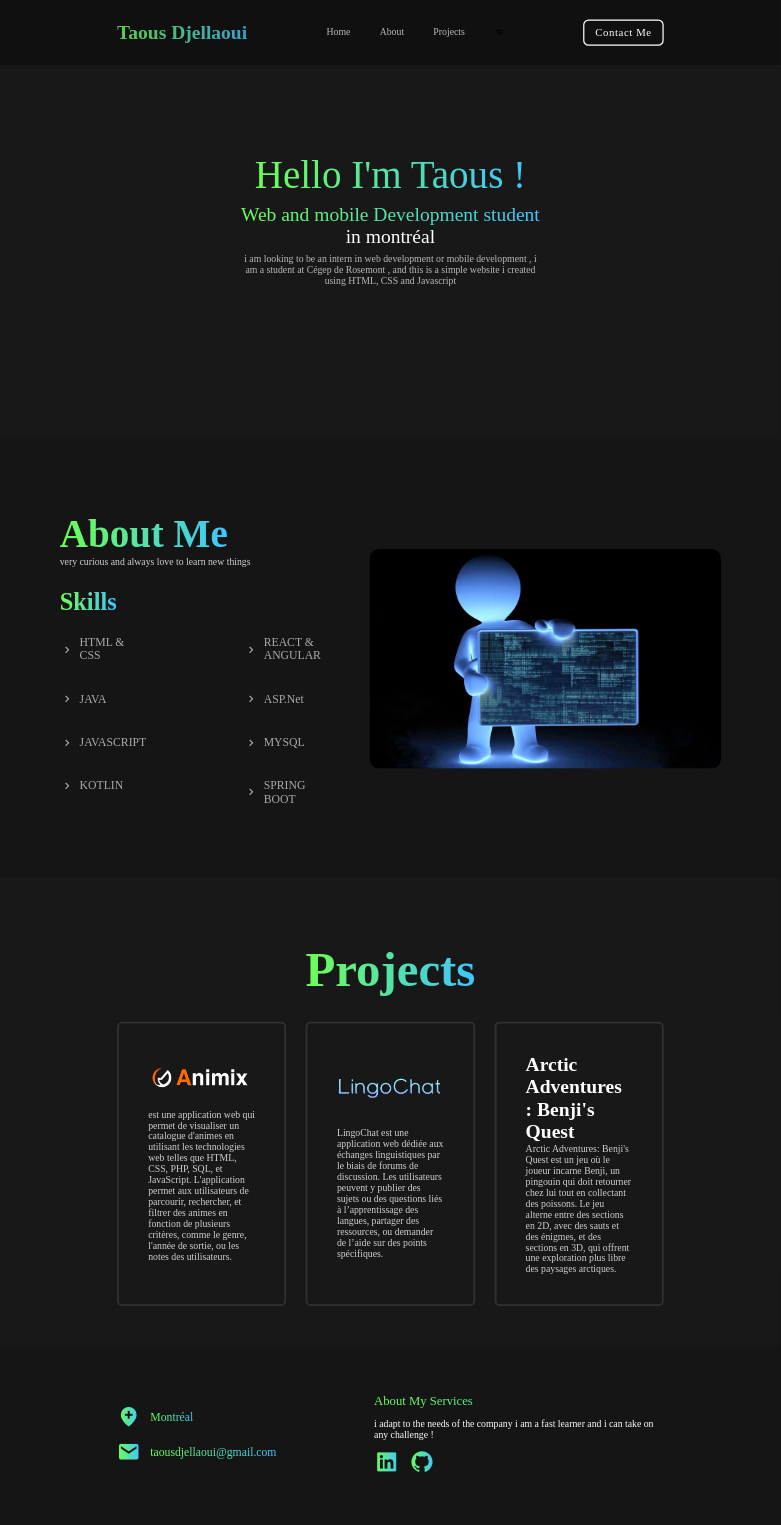
Repository: taousdjellaoui/portfolio-
Page: index.html
These files come from the project's save history. The page is drawn as it stood at one moment and after the next save; the edit follows.
The browser window is 1280 px wide. The pictures show the whole page, at 61% of full size.

Above is the page before, as saved 2024-10-09 20:55:48.

### index.html
<!DOCTYPE html>
<html lang="en">
  <head>
    <meta charset="UTF-8" />
    <meta name="viewport" content="width=device-width, initial-scale=1.0" />
    <title>Portfolio Website</title>
    <link rel="stylesheet" href="css/style.css" />
    <link href='https://unpkg.com/boxicons@2.1.4/css/boxicons.min.css' rel='stylesheet'>
  </head>
  <body>
    <nav>
      <a href="#" class="logo"><span>Taous Djellaoui</span></a>
      <ul class="links">
        <a href="#home">Home</a>
        <a href="#about">About</a>
        <a href="#projects">Projects</a>

        <i class='bx bx-menu-alt-right' id="Menu"></i>
      </ul>
      <a href="#contact" class="btn">Contact Me</a>

    </nav>
    <section id="home">

      <div class="info-box">

        <h1><span>Hello I'm Taous !</span></h1>
        <h3><span>Web and mobile Development student</span> in montréal</h3>
        <p>i am looking to be an intern in web development or mobile development , i am a student
           at Cégep de Rosemont , and this is a simple  website i created using HTML, CSS and Javascript </p>
      </div>

    </section>

    <section id="about">
      <div class="about-box">
        <div class="about-info">
          <h1><span>About Me</span></h1>
          <p>very curious and always love to learn new things   </p>

        </div>
        <h2><span>Skills</span></h2>
        <div class="skills">
          <ul>
            <li>
              <p><i class='bx bx-chevron-right' ></i>HTML & CSS</p>
            </li>
            <li>
              <p><i class='bx bx-chevron-right' ></i>JAVA</p>
            </li>
            <li>
              <p><i class='bx bx-chevron-right' ></i>JAVASCRIPT</p>
            </li>
            <li>
              <p><i class='bx bx-chevron-right' ></i>KOTLIN</p>
            </li>
          </ul>
          <ul>
            <li>
              <p><i class='bx bx-chevron-right' ></i>REACT & ANGULAR</p>
            </li>
            <li>
              <p><i class='bx bx-chevron-right' ></i>ASP.Net</p>
            </li>
            <li>
              <p><i class='bx bx-chevron-right' ></i>MYSQL</p>
            </li>
            <li>
              <p><i class='bx bx-chevron-right' ></i>SPRING BOOT</p>
            </li>
          </ul>
        </div>

      </div>
      <img src="images/Computer-Science-Pictures.jpg" alt="">
    </section>
    <section id="projects">
      <h1 class="header"><span>Projects</span></h1>
      <div class="projects-container">
        <div class="box">
          <img src="images/logo-animix.png" alt="">
          <p>est une application web qui permet de visualiser un catalogue d'animes en utilisant les technologies web telles que HTML, CSS, PHP, SQL, et JavaScript. L'application permet aux utilisateurs de parcourir, rechercher, et filtrer des animes en fonction de plusieurs critères,
            comme le genre, l'année de sortie, ou les notes des utilisateurs.</p>

        </div>
        <div class="box">
          <img src="images/logoLingoChat.png" alt="">

          <p>
            LingoChat est une application web dédiée aux échanges linguistiques par le biais de forums de discussion. Les utilisateurs peuvent y publier des sujets ou des questions liés à l’apprentissage des langues, partager
            des ressources, ou demander de l’aide sur des points spécifiques.</p>
        </div>
       <div class="box">
        <a href="https://taousdjellaoui.itch.io/arctic-adventures-benjis-quest">
          <h1>Arctic Adventures : Benji's Quest</h1>
          <p>Arctic Adventures: Benji's Quest est un jeu où le
            joueur incarne Benji, un pingouin qui doit retourner chez lui tout en
            collectant des poissons. Le jeu alterne entre des sections en 2D, avec des sauts et des
            énigmes, et des sections en 3D, qui offrent une exploration plus libre des paysages arctiques. </p>
          </a>
        </div>
      </div>
    </section>
    <footer id="contact">
      <div class="col-left">
        <div class="col-box">
          <span><i class='bx bxs-location-plus' ></i></span>
          <span>Montréal</span>
        </div>
        <div class="col-box">
          <span><i class='bx bxs-envelope' ></i></span>
          <span>taousdjellaoui@gmail.com</span>
        </div>
      </div>
      <div class="col-right">
        <span>About My Services</span>
        <p> i adapt to the needs of the company i am a fast learner and i can take on any challenge !</p>
        <div class="social-icons">
          <span><a href="https://www.linkedin.com/in/taous-djellaoui-2874a1187/"><i class='bx bxl-linkedin-square' ></i></a></span>
          <span><a href="https://github.com/taousdjellaoui"><i class='bx bxl-github' ></i></a></span>
        </div>

      </div>
    </footer>

    <script src="script.js"></script>
  </body>
</html>

### css/style.css
* {
  margin: 0;
  padding: 0;
  box-sizing: border-box;
  text-decoration: none;
  list-style: none;
  scroll-behavior: smooth;
  font-family: "Poppins";
}
:root {
  --background: rgb(24, 24, 24);
  --second-background: rgb(21, 21, 21);
}
body{
  min-height: 100vh;
  background-color: var(--background);
}
nav{
position:fixed;
top:0;
width: 100%;
padding: 2em 15%;
display: flex;
align-items: center;
justify-content: space-between;
background-color:rgba(15,15,15,0.8);
backdrop-filter: blur(10px);
z-index: 1000;
}
ul{
  display:flex;
  align-items: center;
  gap: 3em;

}
nav ul a{
  color: white;
  opacity: 0.7;
  transition:0.2s ease-in-out;
}
nav ul a:hover{
  opacity: 1;

}
.logo{
  font-size:2em;
  color: white;
  font-weight: 800;
  opacity: 0.8;
  transition: 0.2s ease-in-out;

}
.logo:hover{
  opacity: 1;
}
.btn{
  padding : 0.5em 1em;
  color : white;
  font-weight: 500;
  letter-spacing:1px ;
  border-radius: 0.5em;
  font-size: 1.1em;
  border: 2px solid white;
  cursor: pointer;
  transition: 0.3s ease-in-out;

}
.btn:hover{
  background-color: white;
  color: var(--background);

}
span{
  background: linear-gradient(to right,#6cff52,#3ec5ff);
  background-clip: text;
  color:transparent;
}
#menu{
  color:white;
  font-size:3em;
  display:none;
}
section{
  min-height: 100vh;
  padding: 5% 15%;
}
#home{
display: flex;
flex-direction: column;
align-items:center;
justify-content: center;
gap:2em;
color:white;

}
#home img{
width:30vw;
border-radius: 1%;
margin-top: 3em;

}
.info-box{
  display: flex;
  flex-direction: column;
  text-align: center;
  gap: 0.5em;
  max-width: 500px;

}
.info-box h1{
  font-size:4em;
  font-weight: 500;
}
.info-box h3{
  font-size:2em;
  font-weight: 400;
}
.info-box p{
 opacity:0.7;
}
.btn-box{
  display: flex;
  gap: 1em;
}
.btn-box .btn:nth-of-type(2){
  background-color:white;
  color: var(--background)
}
.btn-box .btn:nth-of-type(2):hover{
  background-color: var(--background);
  color:white;

}
::-webkit-scrollbar{
  width: 20px;
  background-color: var(--background);
}
::-webkit-scrollbar-thumb{
  background: linear-gradient(to bottom,#788077,#a8b2b7);

}
#about{
  background-color: var(--second-background);
  display: flex;
  align-items:center;
  justify-content: center;
  gap: 5em;

}
#about img{
  width: 45vw;
  border-radius:1em;

}
.about-box{
  display:flex;
  flex-direction: column;
  text-align: left;
  gap: 2em;
}
.about-box h1{
  font-size: 4em;
}
.about-box p{
color:white;
opacity:0.8;
}
.skills{
  display:flex;
  text-align: left;
  gap: 10em;

}
.skills ul{
  font-size: 1em;
  font-weight: 500;
  display:flex;
  flex-direction: column;
  color:white;
  opacity:0.8;
  align-items: baseline;
}
.skills ul li p{
  color: white ;
  display: flex;
  align-items:center;
  gap : 0.5em;
   font-size: 1.2em;
   transition:0.3s ease-in-out;
}
.skills ul li p:hover{
  transform: translateX(10px);
}
.skills ul li i{
 font-size:1.2em;

}
.about-box h2{
  font-size: 2.5em;
}
#projects{
  background-color: var(--background);
}
.header{
  text-align: center;
  font-size: 5em;
  margin:0.5em 0;
}
.projects-container{
  display:grid;
  grid-template-columns: repeat(auto-fit,minmax(250px,1fr));
  gap:2em;
}
.box{
  border:3px solid rgb(49, 49, 49);
border-radius: 0.5em;
display: flex;
flex-direction: column;
justify-content: center;
overflow: hidden;
object-fit: cover;
padding:3em ;
gap: 2em;
color:white;
cursor:pointer;
transition:0.3s ease-in-out;
}
.box:hover{
  border: 3px solid rgb(100,100,100);
}
.box p{
  opacity:0.8;
}
.box h1{
  font-size: 2em;
}
.box img{
 min-width:25px;
 border-radius:0.5em;
}
footer{
  display: flex;
  align-items:center;
  justify-content: center;
  gap:10em;
  bottom:0;
  background-color: var(--second-background);
  width:100%;
  padding: 5em 15%;
}
.col-left{
  display:flex;
  flex-direction:column;
  gap : 1em;
}
.col-box{
  display: flex;
  align-items:center;
  gap : 1em;
}
.col-box i{
  font-size: 2em;
}
.col-box span{
  font-size: 1.2em;
}
.col-right{
  display:flex;
  flex-direction: column;
  gap:1em;
  color:white;
  max-width:500px;
}
.col-right span{
  font-size: 1.3em;
}
.col-right .social-icons{
  display:flex;
  align-items:baseline;
  justify-content: left;
  gap: 1em;
}
.col-right .social-icons i{
  font-size :2em;
  transition: 0.2s ease-in-out;
  cursor: pointer;
}
.social-icons i:hover{
  color:white;
}
a {
  color: inherit;
}

Loaded but not shown: script.js (no stored copy; drawn as an empty file)

After the next save:
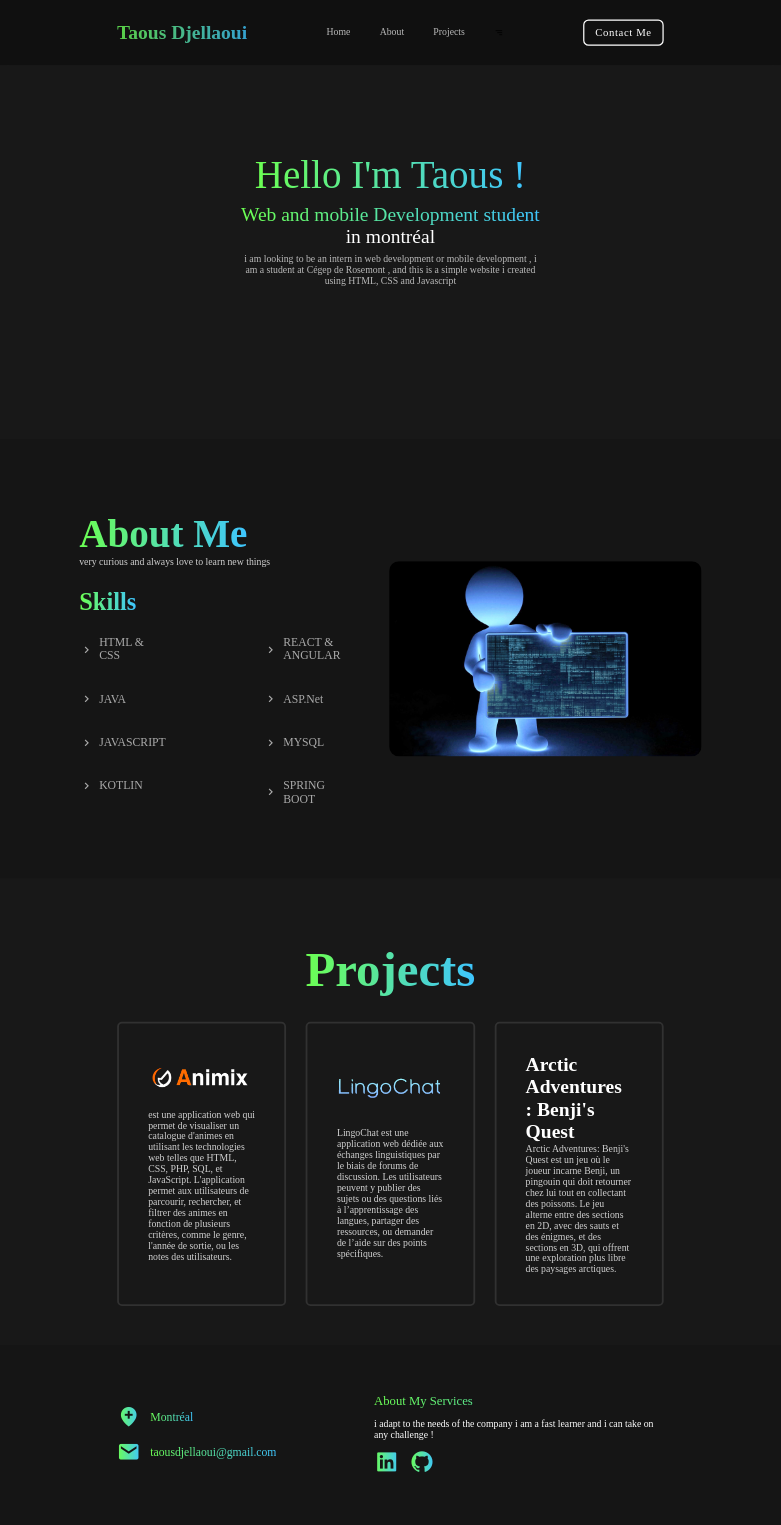
Saved 21 s later.
--- a/css/style.css
+++ b/css/style.css
@@ -148,7 +148,7 @@
 
 }
 #about img{
-  width: 45vw;
+  width: 40vw;
   border-radius:1em;
 
 }
